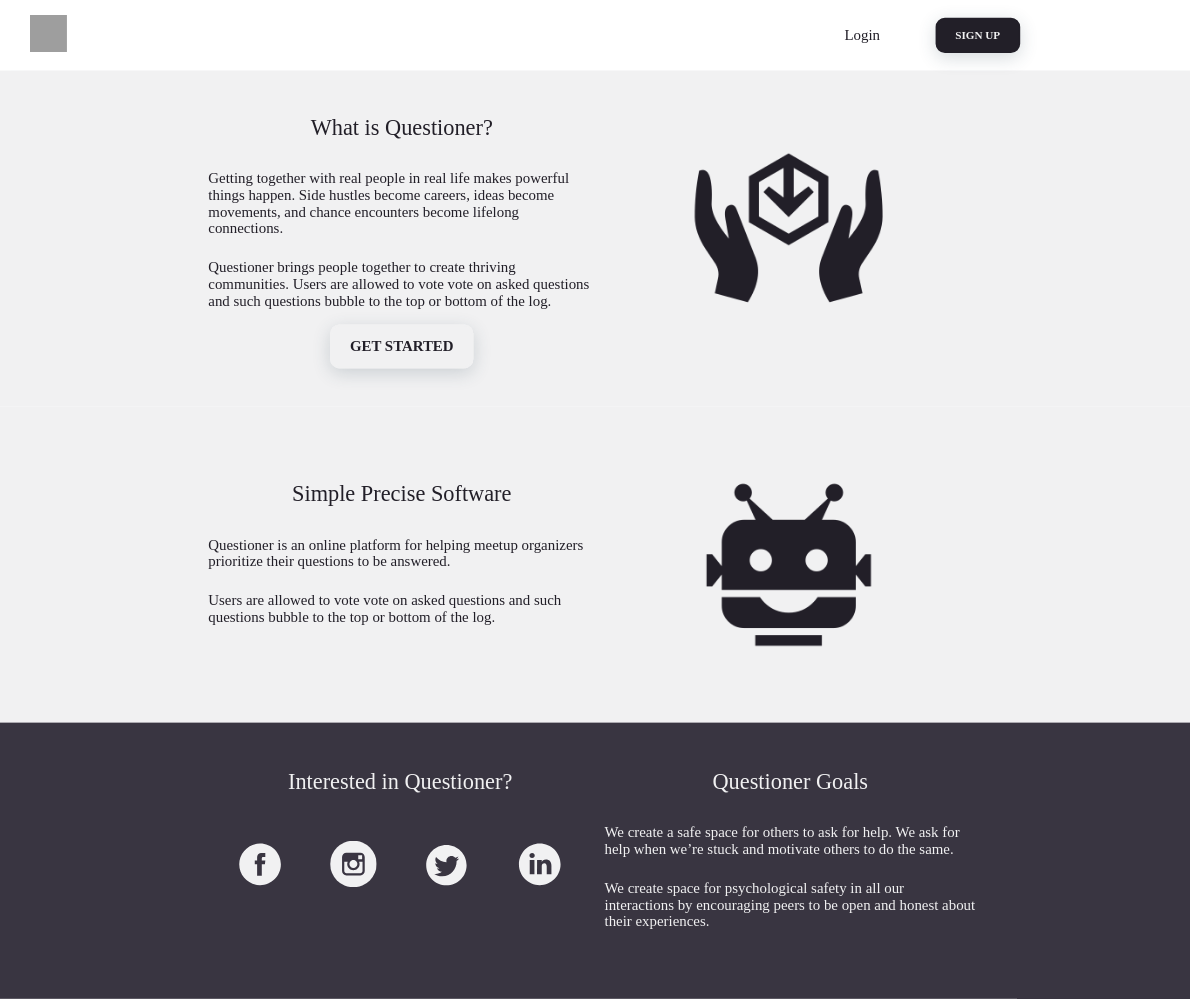
Repository: Gfreedoms/Epic-Mail
Page: index.html
These files come from the project's save history. The page is drawn as it stood at one moment and after the next save; the edit follows.
The browser window is 1280 px wide. The pictures show the whole page, at 93% of full size.
Pictures or frames that could not be fetched are drawn as grey boxes. Some web fonts or font styles are not loaded; a fallback is used.

Above is the page before, as saved 2019-02-24 22:37:47.

After the next save:
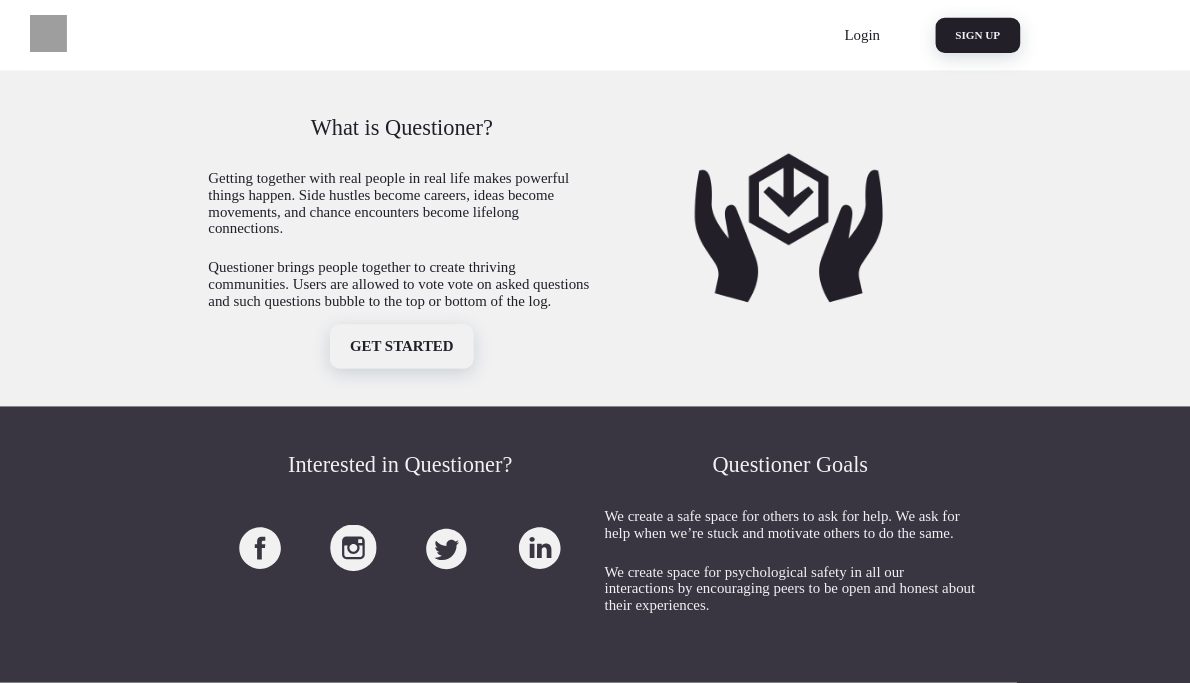
Saved 76 s later.
--- a/index.html
+++ b/index.html
@@ -70,26 +70,6 @@
 	</section>
 
 
-
-	<section class="info-expl">
-		<div class="container">
-			<div class="info-desc">
-				<h3 class="md-text">Simple Precise Software</h3>
-				<p class="sm-text">
-					Questioner is an online platform for helping meetup organizers prioritize their
-					questions to be answered.
-				</p>
-				<p class="sm-text">
-					Users are allowed to vote vote on asked questions and such questions bubble to the top
-					or bottom of the log.
-				</p>
-			</div>
-			<div class="info-action">
-				<img src="./assets/imgs/4014664-512.png" alt="">
-			</div>
-		</div>
-	</section>
-
 	<footer class="bg-secondary">
 		<div class="container">
 			<div class="info-about">
